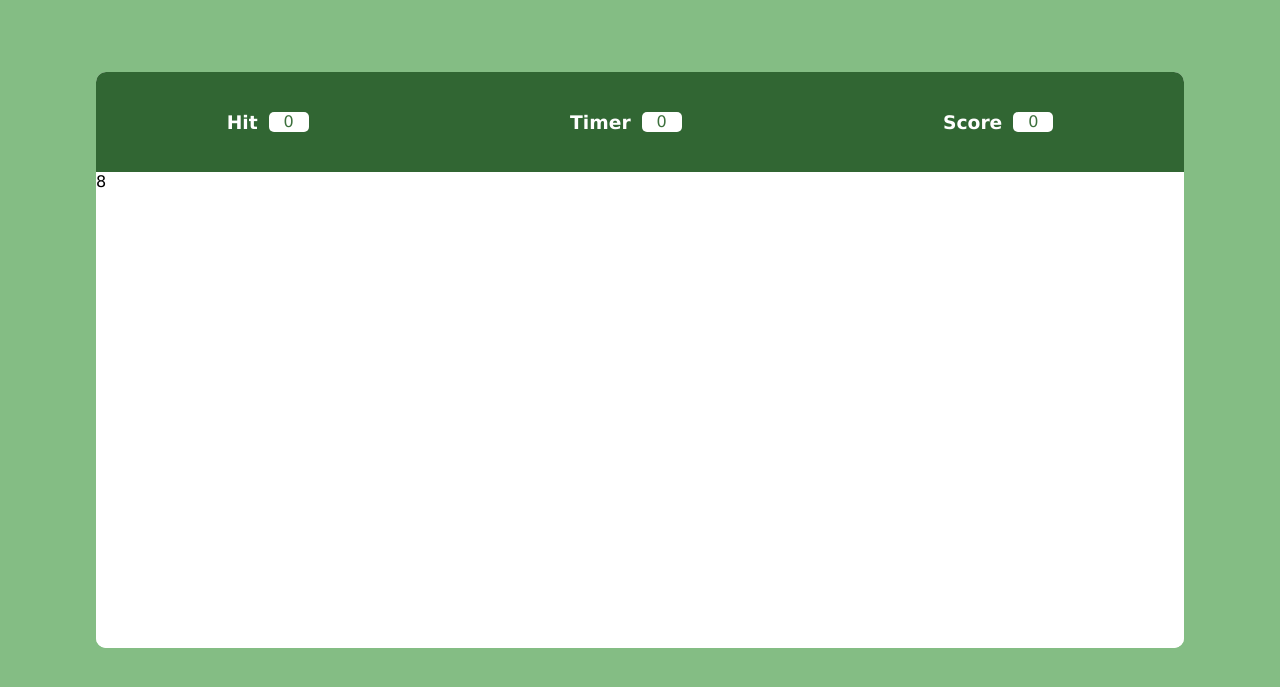
Repository: ketansharma22/BubbleGame
Page: index.html
These files come from the project's save history. The page is drawn as it stood at one moment and after the next save; the edit follows.
The browser window is 1280 px wide. The pictures show the whole page.

Above is the page before, as saved 2024-02-18 23:12:34.

After the next save:
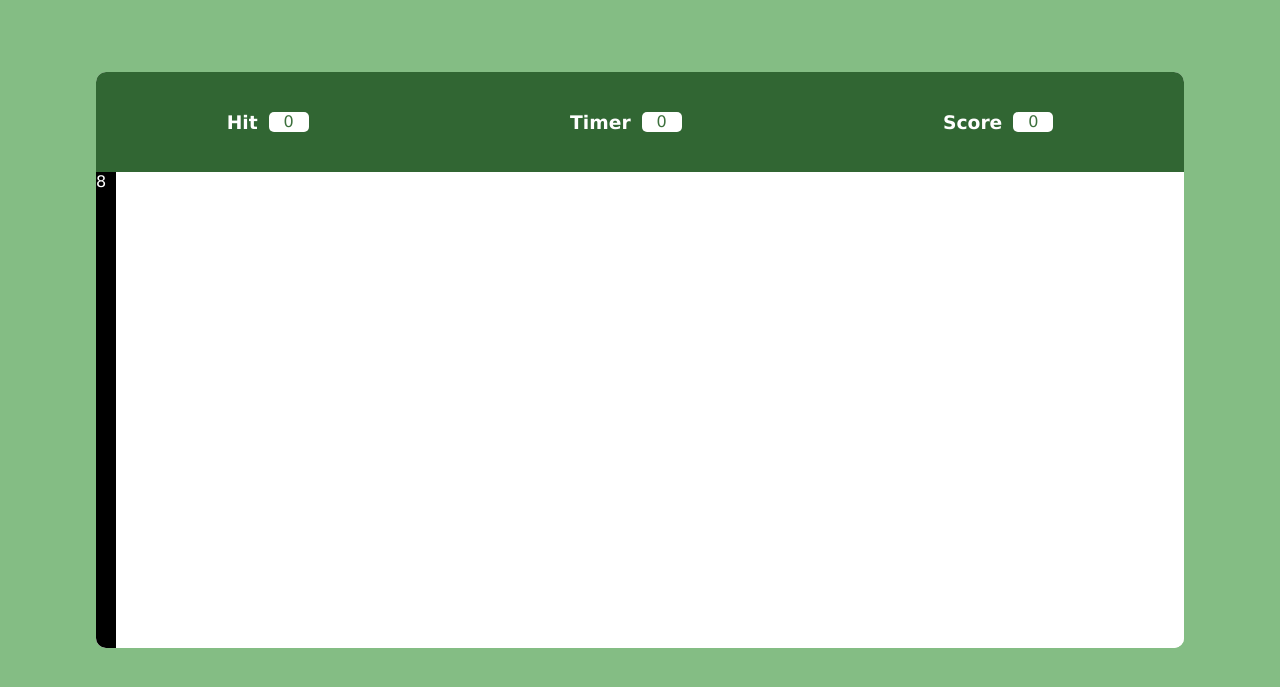
Saved 10 s later.
--- a/styles.css
+++ b/styles.css
@@ -57,5 +57,6 @@
 }
 .bubble{
     width: 20px;
-    bacl
+    background-color: black;
+    color: white;
 }

After the 3 saves that followed:
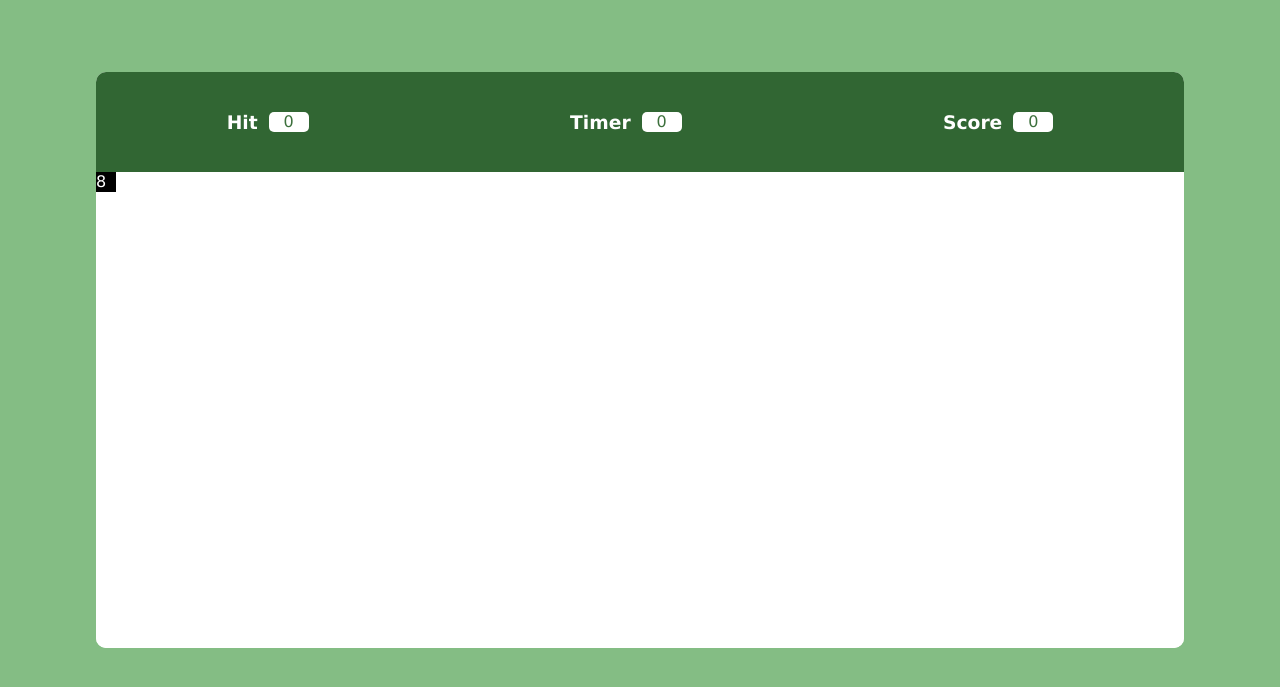
The 3 saves are shown as one change because they came seconds apart.
The last was saved 12 s later.
--- a/styles.css
+++ b/styles.css
@@ -59,4 +59,5 @@
     width: 20px;
     background-color: black;
     color: white;
+    height: 20px;
 }
